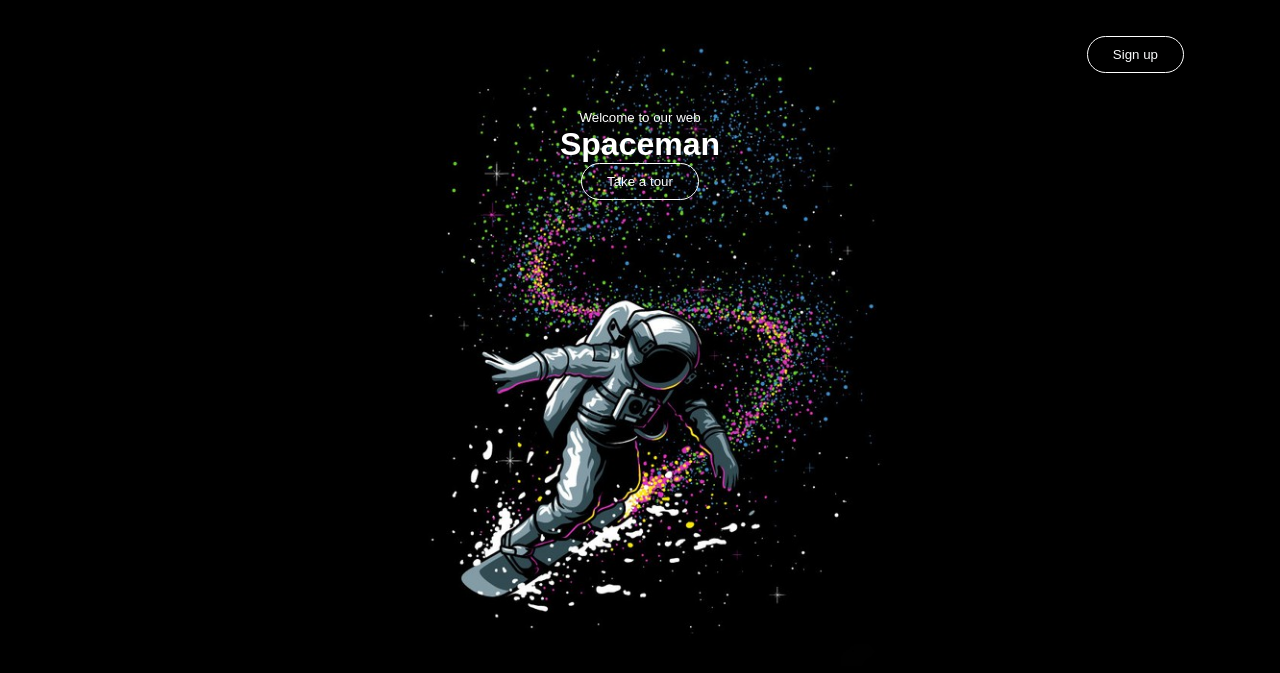
Repository: 70y-ali/branding_
Page: /
An editor plug-in stored every save of this project. The page is shown before and after the next save, followed by the edit.
The browser window is 1280 px wide. The pictures show the whole page.
The project was rebuilt for these pictures with package versions that can differ from the ones it lists, and the page was loaded fresh each time. A package was used in the major version that the imports need, not the one package.json lists.

Above is the page before, as saved 2020-12-29 14:50:25.

After the next save:
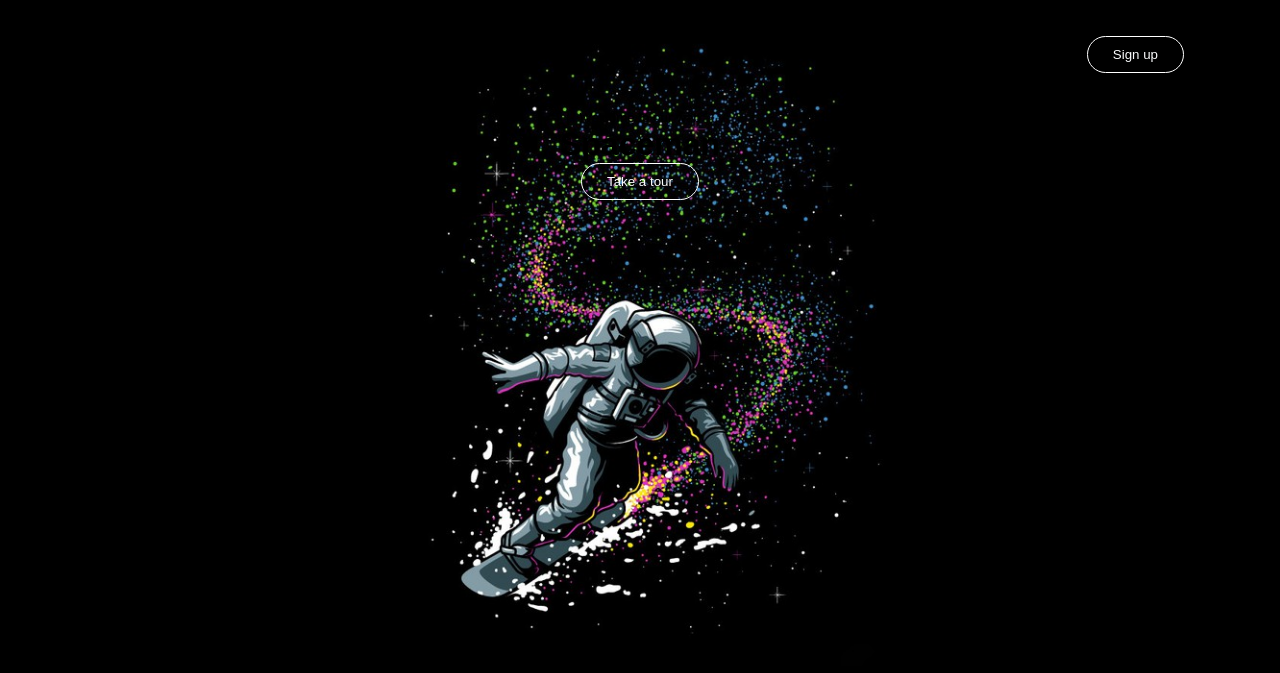
Saved 46 s later.
--- a/src/components/Home/index.js
+++ b/src/components/Home/index.js
@@ -14,8 +14,8 @@
                         <button type='button'>Sign up</button>
                     </div>
                     <div className='content'>
-                        <small style={{color: 'white'}}>Welcome to our web</small>
-                        <h1 style={{color: 'white'}}>Spaceman</h1>
+                        <small>Welcome to our web</small>
+                        <h1>Spaceman</h1>
                         <button type='button'>Take a tour</button>
                     </div>
                 </div>
